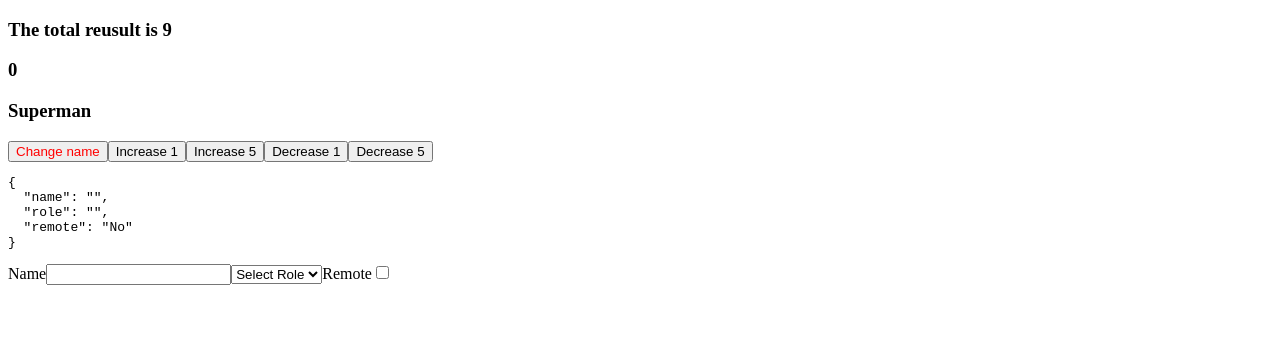
Repository: KZH2001/Vue_Practice
Page: / (app in Tutorial/)
These files come from the project's save history. The page is drawn as it stood at one moment and after the next save; the edit follows.
The browser window is 1280 px wide. The pictures show the whole page.
The project was rebuilt for these pictures with package versions that can differ from the ones it lists, and the page was loaded fresh each time. Also part of the build but not shown: Tutorial/vite.config.js.

Above is the page before, as saved 2026-01-19 23:07:37.

After the next save:
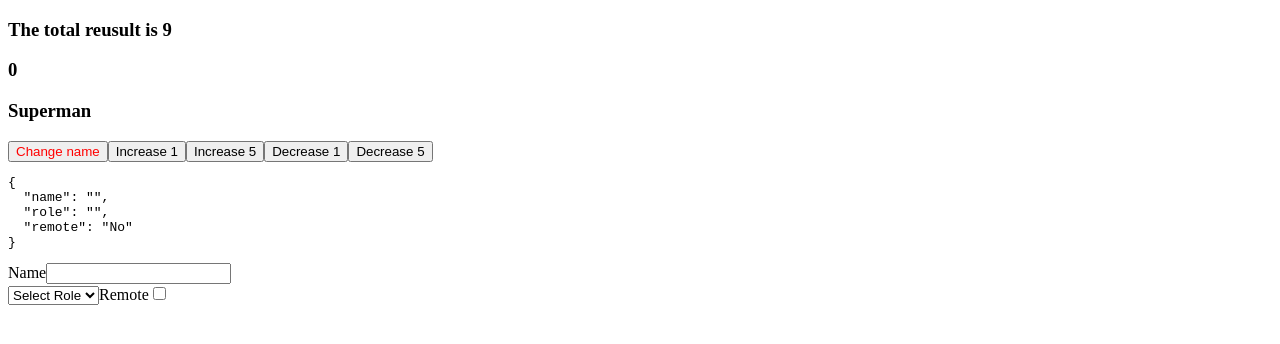
Saved 119 s later.
--- a/Tutorial/src/App.vue
+++ b/Tutorial/src/App.vue
@@ -17,6 +17,7 @@
   <form action="">
     <label for="name">Name</label>
     <input v-model="formValues.name" id="name" type="text">
+    <br>
 
     <select name="" id="" v-model="formValues.role">
       <option value="">Select Role</option>
